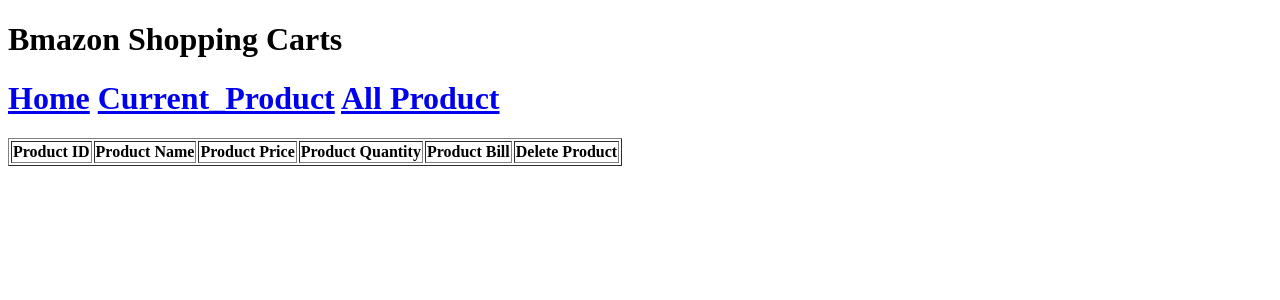
Repository: shivendra05/WebService_SpringRest
Page: http://localhost/23_MVC_JPA/WEB-INF/views/usersData.jsp
These files come from the project's save history. The page is drawn as it stood at one moment and after the next save; the edit follows.
The browser window is 1280 px wide. The pictures show the whole page.
The page is served by Tomcat 9. Nobody is signed in. The template is opened directly, without the code that normally fills it, so the values that code supplies are empty.

Above is the page before, as saved 2021-12-07 16:20:30.

After the next save:
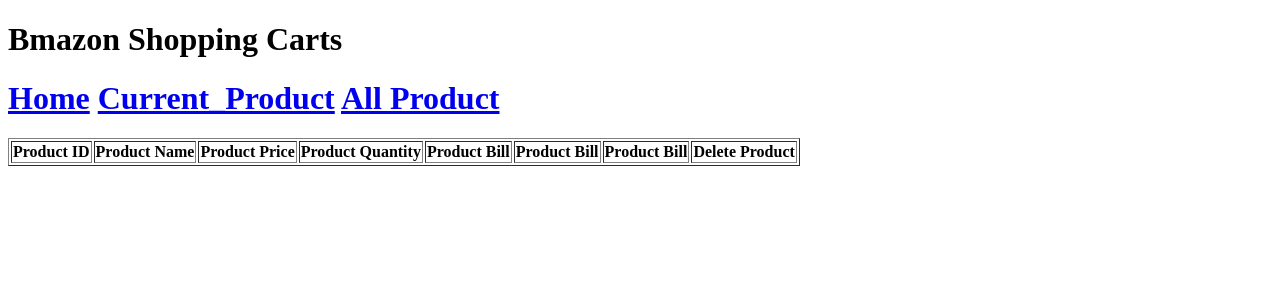
Saved 33 s later.
--- a/SpringBoot@7AM/23_MVC_JPA/src/main/webapp/WEB-INF/views/usersData.jsp
+++ b/SpringBoot@7AM/23_MVC_JPA/src/main/webapp/WEB-INF/views/usersData.jsp
@@ -24,16 +24,19 @@
 			<th>Product Price</th>
 			<th>Product Quantity</th>
 			<th>Product Bill</th>
+			<th>Product Bill</th>
+			<th>Product Bill</th>
 			<th>Delete Product</th>
 		</tr>
 		<c:forEach items="${prodList}" var="list">
 			<tr>
 				<td>${list.id}</td>
 				<td>${list.name}</td>
+				<td>${list.price}</td>
 				<td>${list.qty}</td>
 				<td>${list.gst}</td>
 				<td>${list.bill}</td>
-				<td>${list.price}</td>
+
 				<td>${list.price}</td>
 			</tr>
 		</c:forEach>
